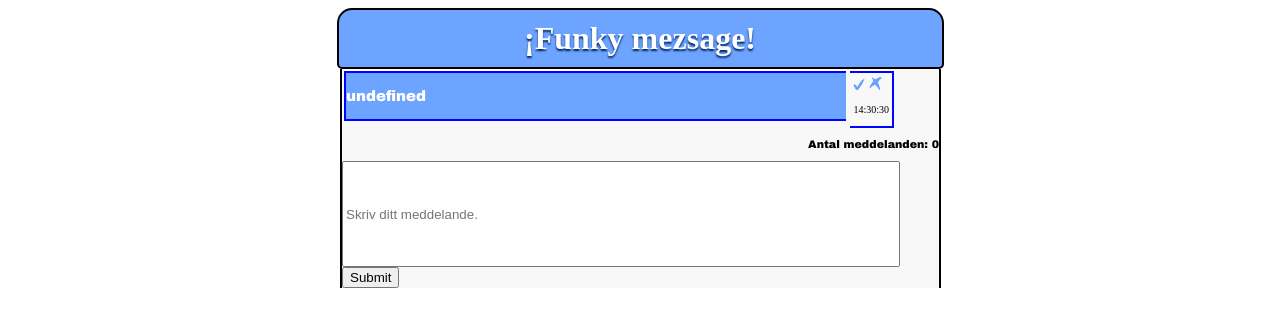
Repository: sk222sw/1dv403-laborationer
Page: 2-labbymezzage/index.html
The author's editor kept a record of every edit. The page is drawn from the files as they stood at one moment, then again after the next edit.
The browser window is 1280 px wide. The pictures show the whole page.
Empty fields were first filled with sample values (such as "Sample", 5 or name@example.com).
After loading, the first visible `#submit` was clicked once.

Above is the page before.

After the next edit:
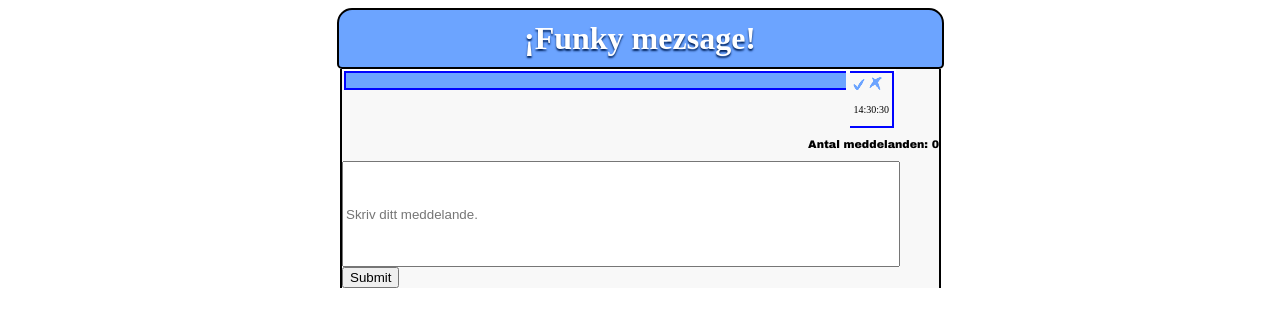
The edit:
--- a/2-labbymezzage/script/MessageBoard.js
+++ b/2-labbymezzage/script/MessageBoard.js
@@ -18,7 +18,8 @@
             MessageBoard.messages.push(new Message(textarea.value, new Date()));
             textarea.value = "";
             textarea.placeholder = "Skriv ditt meddelande.";
-            MessageBoard.writeMessage();
+            var toText = textarea.value;
+            MessageBoard.writeMessage(toText);
             return false; // för att förhindra att sidan defaultladdas om
         },
 
